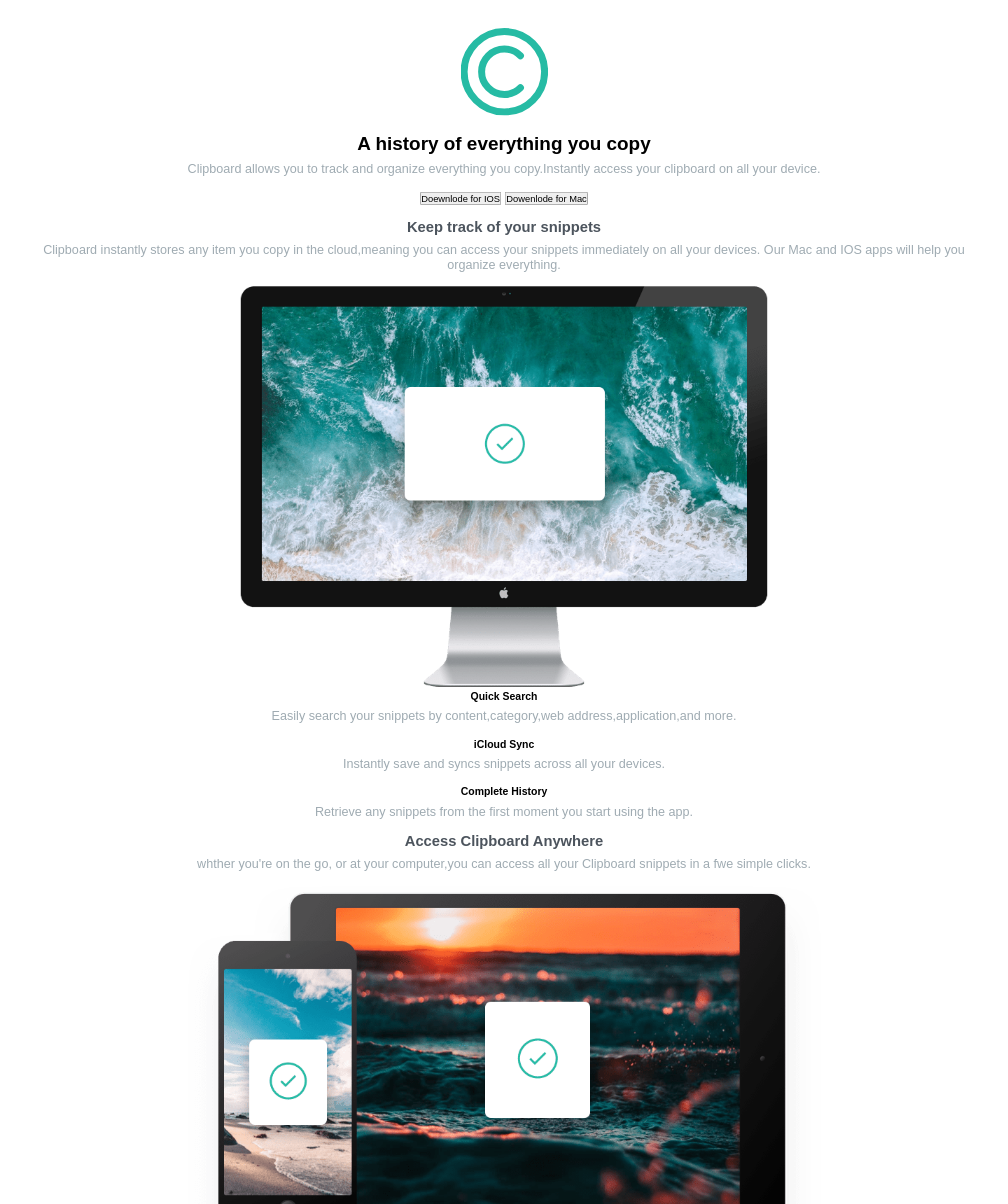
Repository: moataz305G/Clipboard-landing-page
Page: index.html
An editor plug-in stored every save of this project. The page is shown before and after the next save, followed by the edit.
The browser window is 1280 px wide. The page is 1440 px wide, so the pictures cover 1440 px, including what lies to the right of the window. The pictures show the part of the page from y = 0 to 1720 px (the page is 2653 px tall before and 2793 px after), at 70% of full size.

Above is the page before, as saved 2025-12-04 11:34:44.

### index.html
<!DOCTYPE html>
<html lang="en">
  <head>
    <meta charset="UTF-8" />
    <meta name="viewport" content="width=device-width, initial-scale=1.0" />

    <link
      rel="icon"
      type="image/png"
      sizes="32x32"
      href="./images/favicon-32x32.png"
    />
    <title>Clipboard landing page</title>
    <link rel="stylesheet" href="style.css" />
  </head>
  <body>
    <div class="container">
      <article>
        <div class="hero">
          <img class="logo" src="images/logo.svg" alt="Clipboard Logo" />

          <h2>A history of everything you copy</h2>
          <p>
            Clipboard allows you to track and organize everything you
            copy.Instantly access your clipboard on all your device.
          </p>
          <button class="IOS-button">Doewnlode for IOS</button>
          <button class="Mac-button">Dowenlode for Mac</button>
        </div>

        <div class="snippets">
          <h3>Keep track of your snippets</h3>
          <p>
            Clipboard instantly stores any item you copy in the cloud,meaning
            you can access your snippets immediately on all your devices. Our
            Mac and IOS apps will help you organize everything.
          </p>
        </div>

        <img
          class="image-computer"
          src="images/image-computer.png"
          alt="Fuatures "
        />
        <div class="fuatures">
          <div>
            <h5>Quick Search</h5>
            <p>
              Easily search your snippets by content,category,web
              address,application,and more.
            </p>
          </div>
          <div>
            <h5>iCloud Sync</h5>
            <p>Instantly save and syncs snippets across all your devices.</p>
          </div>
          <div>
            <h5>Complete History</h5>
            <p>
              Retrieve any snippets from the first moment you start using the
              app.
            </p>
          </div>
        </div>

        <div class="access anywhere">
          <h3>Access Clipboard Anywhere</h3>
          <p>
            whther you're on the go, or at your computer,you can access all your
            Clipboard snippets in a fwe simple clicks.
          </p>
        </div>

        <img
          class="img-device"
          src="images/image-devices.png"
          alt="image-access-clipboard"
        />

        <div class="workflow">
          <h3>Supercharge your workflow</h3>
          <p>We've got the tools tomboost your productivity.</p>
        </div>

        <div class="tools">
          <div class="blacklist">
            <img src="images/icon-blacklist.svg " />
            <h3>Creat blacklists</h3>
            <p>
              Ensure sensitive information never makes it way to your clipboard
              by excluding certain sources.
            </p>
          </div>

          <div class="Plane-text">
            <img src="images/icon-text.svg" />
            <h3>Plane text snippets</h3>
            <p>
              Remove unwanted formatting from copied text for a consisitent
              look.
            </p>
          </div>

          <div class="preview">
            <img src="images/icon-preview.svg " />
            <h3>Sneak preview</h3>
            <p>
              Quick preview of all snippets on your clipboard for easy access
            </p>
          </div>
        </div>

        <div class="bag-campany">
          <img src="images/logo-google.png" />
          <img src="images/logo-ibm.png" />
          <img src="images/logo-microsoft.png" />
          <img src="images/logo-hp.png" />
          <img src="images/logo-vector-graphics.png" />
        </div>

        <div>
          <h3>Clipboard for iOS and Mac OS</h3>
          <p>
            Available for free on the app store,Download for Mac or ios, sync
            with iCloud and you're ready to start adding to your clipboard.
          </p>
          <button>Download for iOS</button>
          <button>Download for Mac</button>
        </div>
      </article>

      <footer>
        <div class="links">
          <ul>
            <li><a link="#">FAQs</a></li>
            <li><a link="#">Contact Us</a></li>
            <li><a link="#">Privacy Policy</a></li>
          </ul>
        </div>
        <div class="meadea">
          <img src="images/icon-facebook.svg" />
          <img src="images/icon-twitter.svg" />
          <img src="images/icon-instagram.svg" />
        </div>
      </footer>
    </div>
  </body>
</html>

### style.css
* {
  margin: 0;
  padding: 0;
}
body {
  width: 1440px;
  height: auto;
  margin: 0 auto;
  font-size: 18px;
  font-family: sans-serif;
}
h2 {
  color: #000;
  margin-top: 20px;
  margin-bottom: 10px;
}
h3 {
  color: #4c545d;
  margin-top: 20px;
  margin-bottom: 10px;
}
p {
  color: #9fabb2;
  margin-top: 10px;
  margin-bottom: 20px;
}

.container {
  display: grid;
  text-align: center;
  padding: 40px;
}
.hero,
.snippets,
.fuatures,
. {
  margin: 40px 0;
}

After the next save:
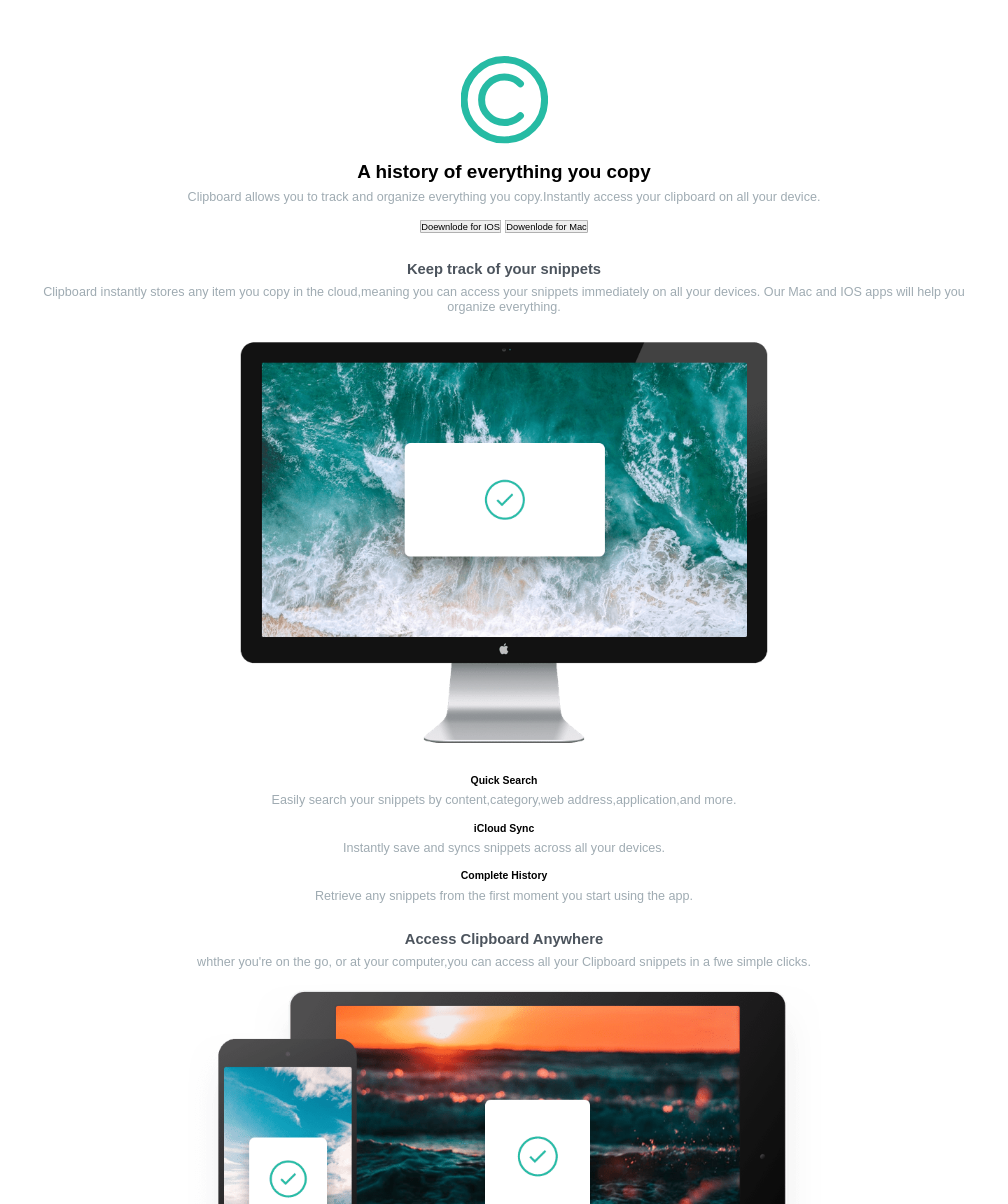
Saved 21 s later.
--- a/style.css
+++ b/style.css
@@ -33,6 +33,6 @@
 .hero,
 .snippets,
 .fuatures,
-. {
+.access-anywhere {
   margin: 40px 0;
 }
